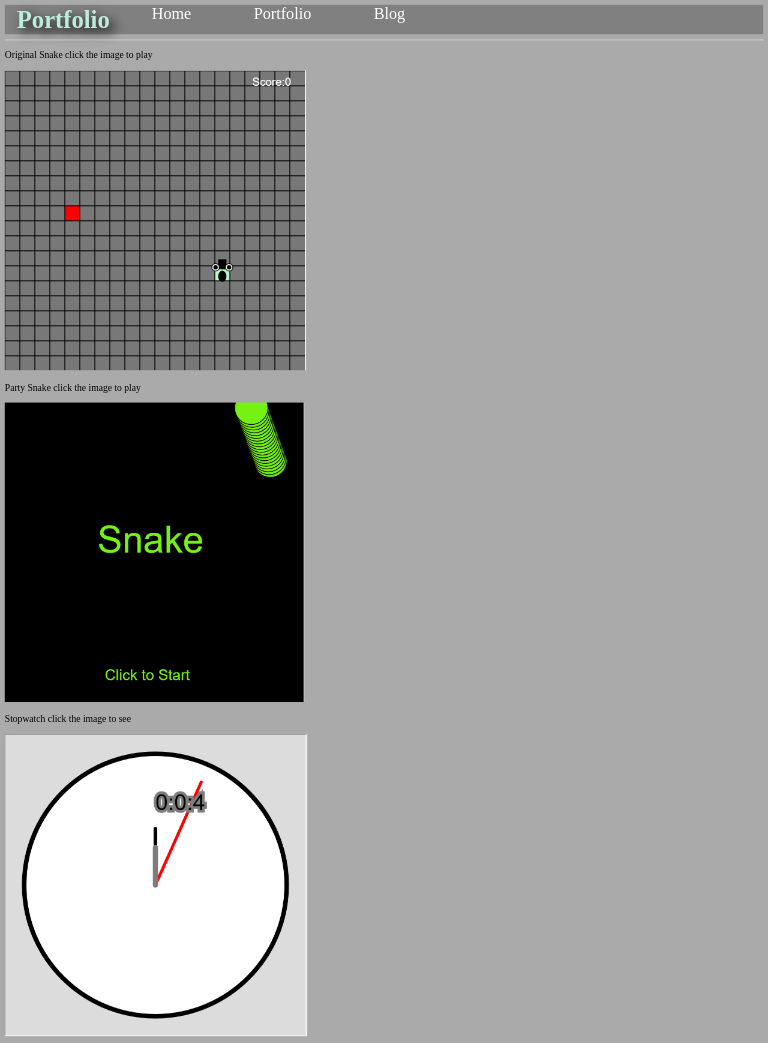
Repository: TundraGrassland/-TundraGrassland.github.io
Page: portfolio.html
The author's editor kept a record of every edit. The page is drawn from the files as they stood at one moment, then again after the next edit.
The browser window is 1280 px wide. The pictures show the whole page, at 60% of full size.

Above is the page before.

After the next edit:
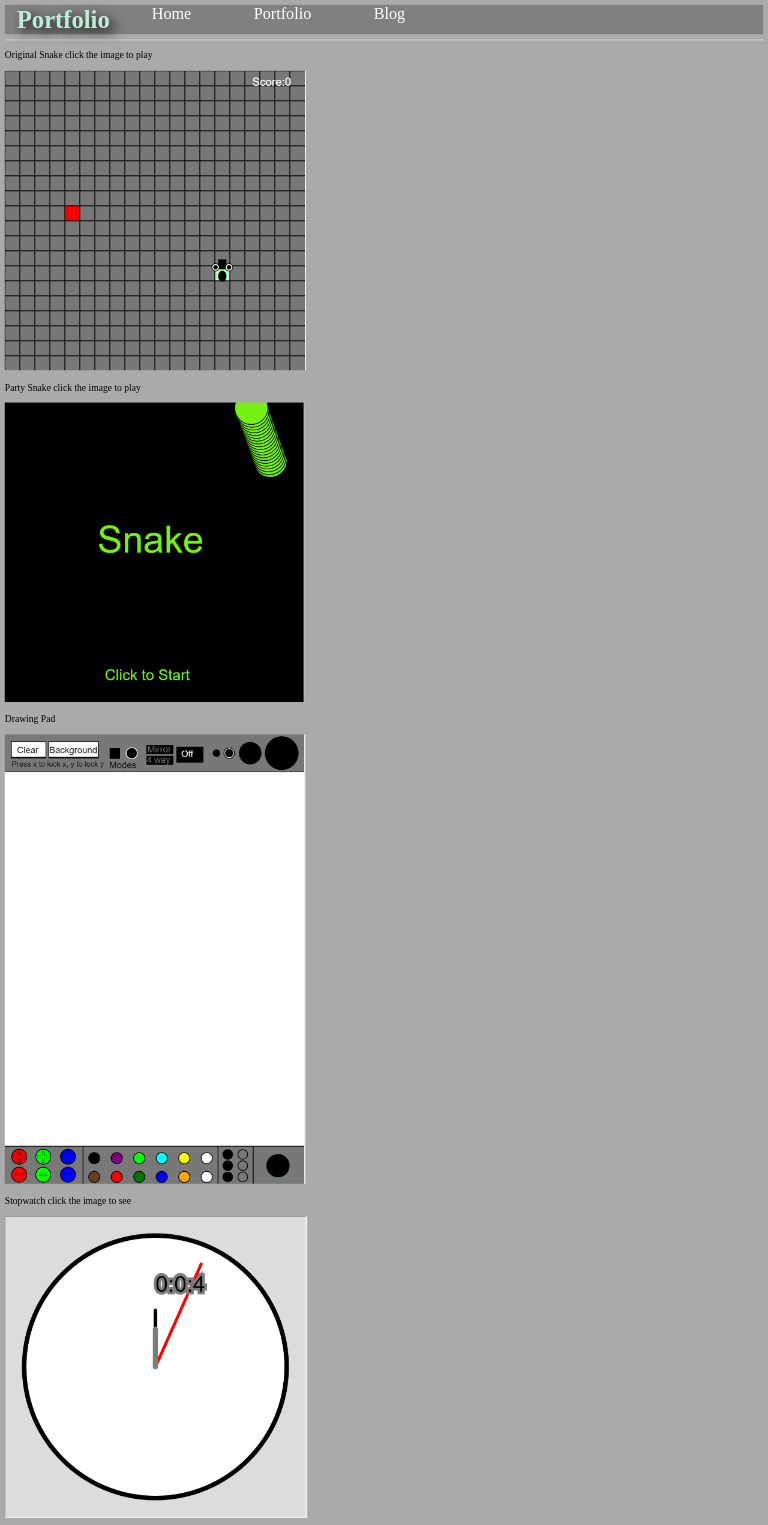
The edit:
--- a/portfolio.html
+++ b/portfolio.html
@@ -25,6 +25,10 @@
         <a href = "partySnake.html">
             <img src = "./img/partySnake.png">
         </a>
+        <p>Drawing Pad</p>
+        <a href = "drawpad.html">
+            <img src = "./img/drawpad.png">
+        </a>
         <p>Stopwatch click the image to see</p>
         <a href = "stopwatch.html">
             <img src = "./img/stopwatch.png">
